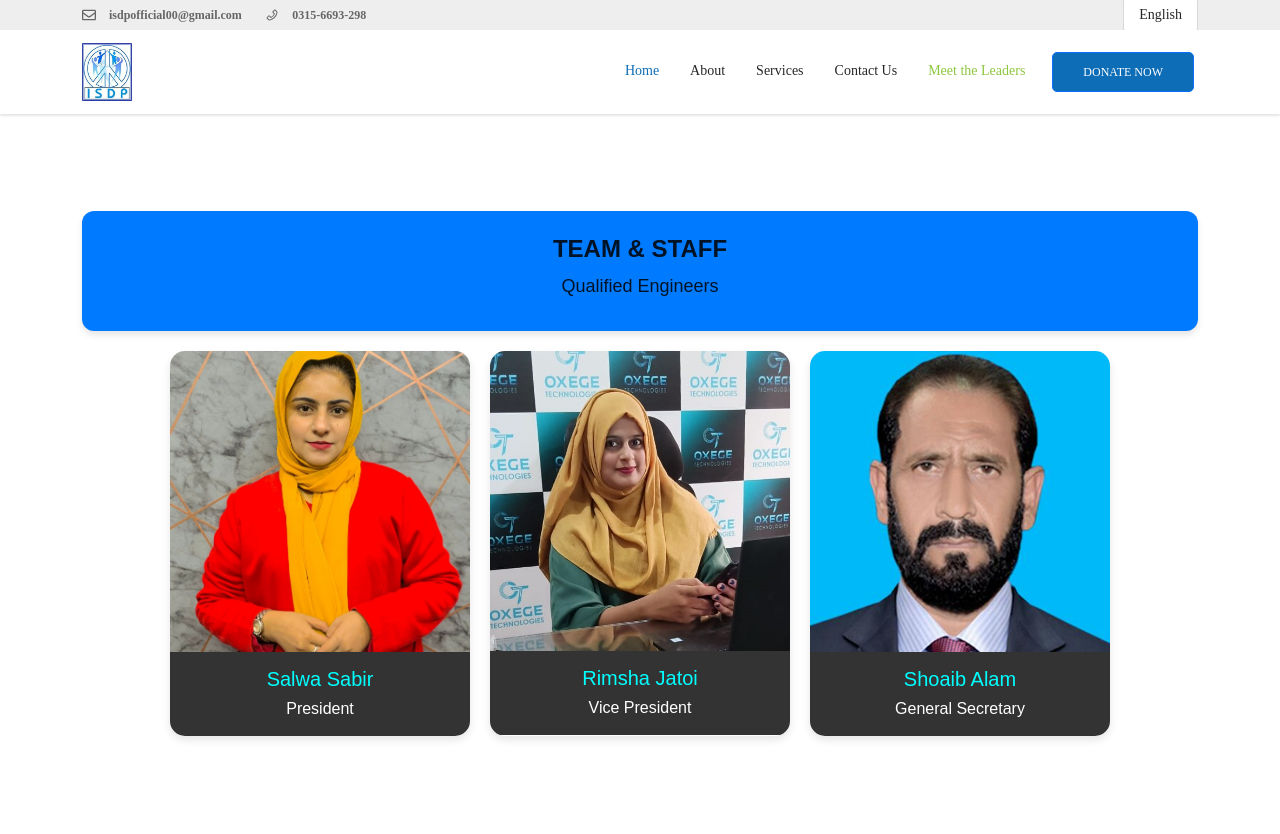
Repository: mfaizanakram8/isdp
Page: team.html
An editor plug-in stored every save of this project. The page is shown before and after the next save, followed by the edit.
The browser window is 1280 px wide. The pictures show the part of the page from y = 0 to 834 px (the page is 1410 px tall before and 2130 px after).
Pictures or frames that could not be fetched are drawn as grey boxes. Some web fonts or font styles are not loaded; a fallback is used.

Above is the page before, as saved 2025-02-23 00:31:19.

After the next save:
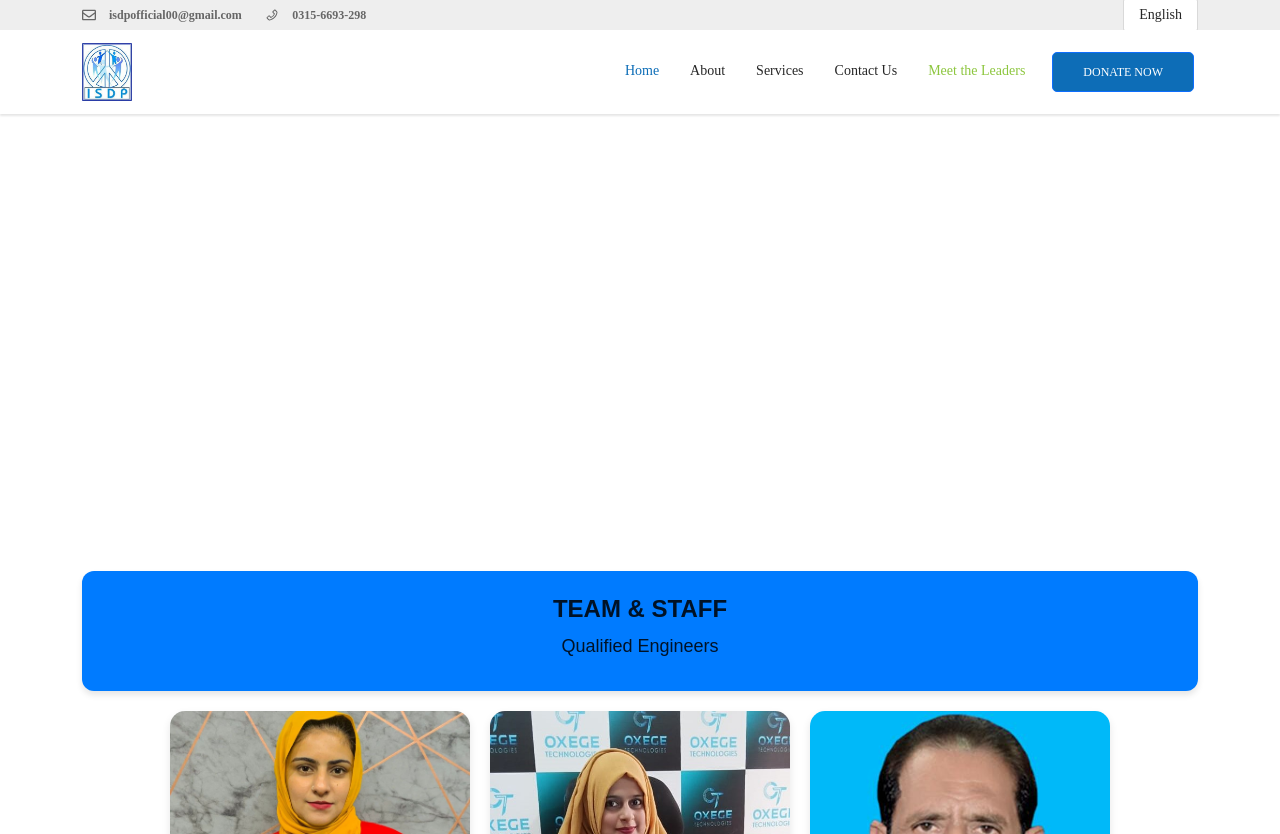
Saved 33 s later.
--- a/team.css
+++ b/team.css
@@ -6,7 +6,7 @@
     display: flex;
     justify-content: center;
     align-items: center;
-    height: 100vh;
+    height: 200vh;
 }
 
 .container {
